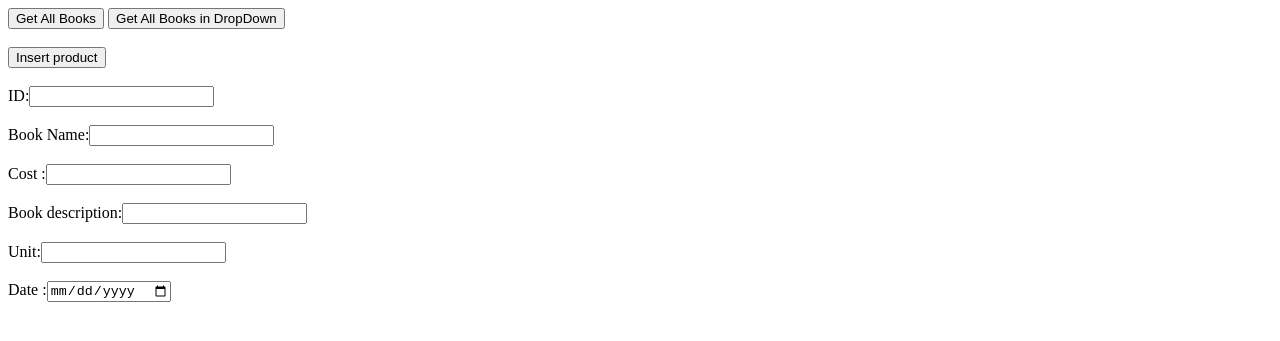
Repository: PranavDwagh/Spring-Boot-MVC-and-RestAPI
Page: GroceryAssignmentRestAPI/src/main/resources/static/jq.html
These files come from the project's save history. The page is drawn as it stood at one moment and after the next save; the edit follows.
The browser window is 1280 px wide. The pictures show the whole page.

Above is the page before, as saved 2022-02-01 15:34:13.

### GroceryAssignmentRestAPI/src/main/resources/static/jq.html
<!DOCTYPE html>
<html lang="en">
<head>
    <script src="https://ajax.googleapis.com/ajax/libs/jquery/3.5.1/jquery.js"></script>
    <script>
        $(document).ready(()=>{
            $("#b1").click(()=>{
                $.ajax({
                    url:'/grocery/getAll',
                    type:"GET",
                    success:function(data)
                    {
                        var obj = JSON.stringify(data)
                        $("#dis").html(obj);
                    }
                })
            })

            $("#b2").click(()=>{

                $.ajax({
                    url:'/grocery/getAll',
                    type:"GET",
                    success:function(data)
                    {
                        $("#dis").html('');
                        var s = $("<select></select>");
                        for(var i=0; i<data.length;i++)
                        {
                           // console.log(data[i].name)
                            s.append(`<option value=${data[i].name}>${data[i].name}</option>`)
                        }
                        $("#dis").append(s);
                    }
                })
            })
            // grocery/add/{id}/{name}/{cost}/{description}/{unit}/{date1}
            $("#b3").click(()=>{
                var id = $("#id").val();
                var name = $("#name").val();
                var cost = $("#cost").val();
                var description = $("#desc").val();
                var unit = $("#unit").val();
                var date11 = $("#date").val();

                var url = `grocery/add/${id}/${name}/${cost}/${description}/${unit}/${date11}`

                $.ajax({

                    url:url,
                    type:'POST',
                    success:function(data)
                    {
                        $("#dis").html("<b>Inserted</b>");
                    }
                })
            })
        })
    </script>

</head>
<body>
    <button id="b1">Get All Books</button>
    <button id="b2">Get All Books in DropDown</button><br><br>
    <button id="b3">Insert product</button><br><br>
    ID:<input type="number" name="" id="id"/><br><br>
    Book Name:<input type="text" name="" id="name"/><br><br>
    Cost :<input type="number" name="" id="cost"/><br><br>
    Book description:<input type="description" name="" id="desc"/><br><br>
    Unit:<input type="unit" name="" id="unit"/><br><br>
    Date :<input type="date" name="" id="date"/><br><br>
<br><br>
    <p id="dis"></p>
</body>
</html>

After the next save:
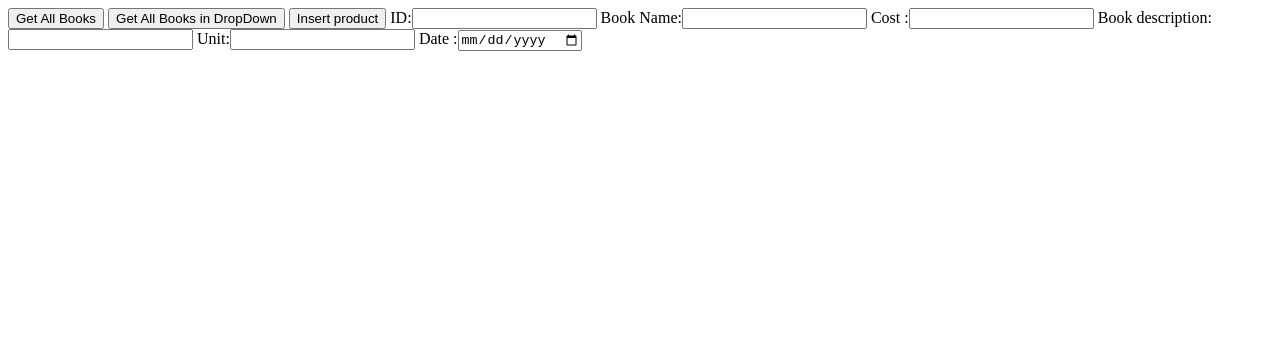
Saved 23 min 19 s later.
--- a/GroceryAssignmentRestAPI/src/main/resources/static/jq.html
+++ b/GroceryAssignmentRestAPI/src/main/resources/static/jq.html
@@ -10,8 +10,14 @@
                     type:"GET",
                     success:function(data)
                     {
-                        var obj = JSON.stringify(data)
-                        $("#dis").html(obj);
+                        var t = $(`<table></table>`)
+                       // var obj = JSON.stringify(data)
+                        for(var j=0; j<data.length;j++)
+                        {
+                            // grocery/add/{id}/{name}/{cost}/{description}/{unit}/{date1}
+                            t.append(`<td><tr> id=${data[i].id}</tr></td> <td><tr>name=${data[i].name}</tr></td> <td><tr>cost=${data[i].description}</tr></td> <td><tr>unit=${data[i].unit}</tr></td> <td><tr>date=${data[i].date}</tr></td> `)
+                        }
+                        $("#dis").append(t);
                     }
                 })
             })
@@ -39,14 +45,13 @@
                 var id = $("#id").val();
                 var name = $("#name").val();
                 var cost = $("#cost").val();
-                var description = $("#desc").val();
+                var description = $("#description").val();
                 var unit = $("#unit").val();
                 var date11 = $("#date").val();
 
                 var url = `grocery/add/${id}/${name}/${cost}/${description}/${unit}/${date11}`
 
                 $.ajax({
-
                     url:url,
                     type:'POST',
                     success:function(data)
@@ -61,15 +66,15 @@
 </head>
 <body>
     <button id="b1">Get All Books</button>
-    <button id="b2">Get All Books in DropDown</button><br><br>
-    <button id="b3">Insert product</button><br><br>
-    ID:<input type="number" name="" id="id"/><br><br>
-    Book Name:<input type="text" name="" id="name"/><br><br>
-    Cost :<input type="number" name="" id="cost"/><br><br>
-    Book description:<input type="description" name="" id="desc"/><br><br>
-    Unit:<input type="unit" name="" id="unit"/><br><br>
-    Date :<input type="date" name="" id="date"/><br><br>
-<br><br>
+    <button id="b2">Get All Books in DropDown</button>
+    <button id="b3">Insert product</button>
+    ID:<input type="number" name="" id="id"/>
+    Book Name:<input type="text" name="" id="name"/>
+    Cost :<input type="number" name="" id="cost"/>
+    Book description:<input type="description" name="" id="desc"/>
+    Unit:<input type="unit" name="" id="desc"/>
+    Date :<input type="date" name="" id="date"/>
+
     <p id="dis"></p>
 </body>
 </html>
